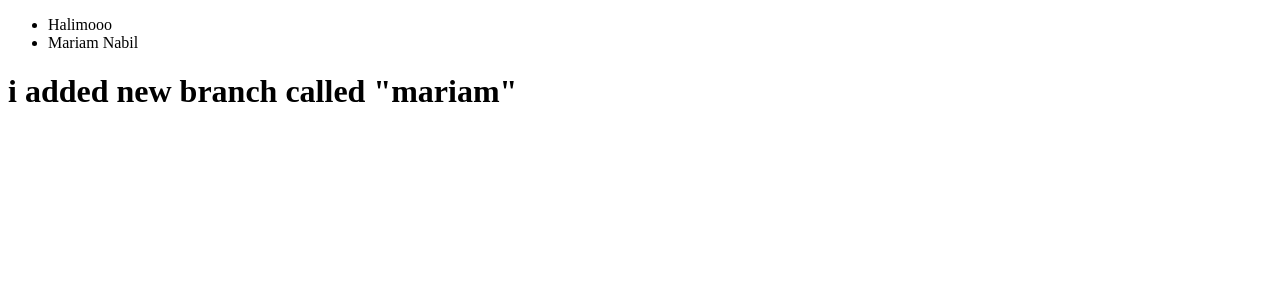
Repository: mahmoudmohamedabdo/lab2_Source-Cuntroll
Page: index.html
The author's editor kept a copy of each file at every save. The page is drawn from the files as they stood at one save, then again after the next save.
The browser window is 1280 px wide. The pictures show the whole page.

Above is the page before, as saved 2025-04-09 13:34:42.

After the next save:
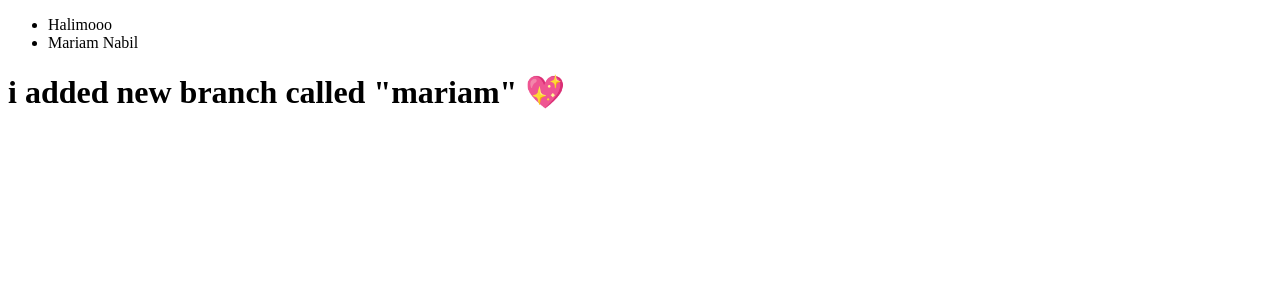
Saved 9 s later.
--- a/index.html
+++ b/index.html
@@ -10,6 +10,6 @@
         <li> Halimooo</li>
         <li> Mariam Nabil </li>
     </ul>
-    <h1>i added new branch called "mariam" </h1>
+    <h1>i added new branch called "mariam" 💖</h1>
 </body>
 </html>
